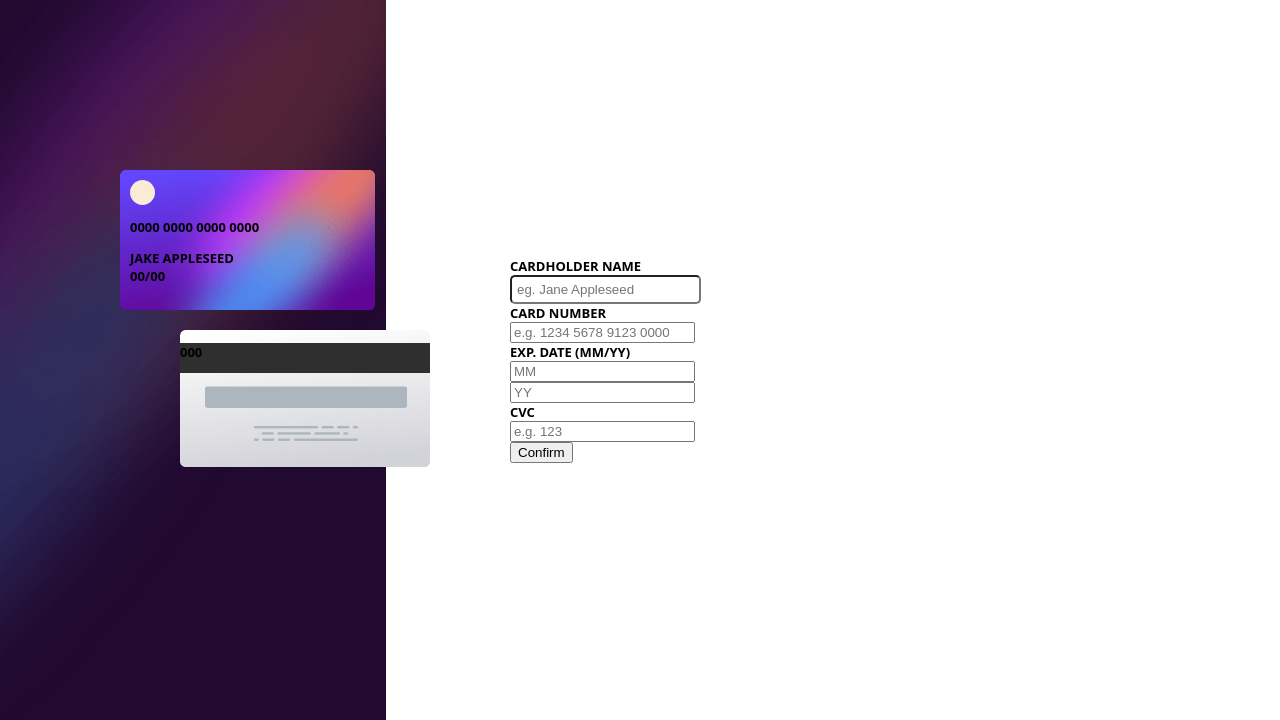
Repository: Celebration-cloud/my-project
Page: interactive-card-details-form-main/index.html
These files come from the project's save history. The page is drawn as it stood at one moment and after a run of saves; the edit follows.
The browser window is 1280 px wide. The pictures show the whole page.

Above is the page before, as saved 2023-08-23 00:43:14.

After the next 6 saves:
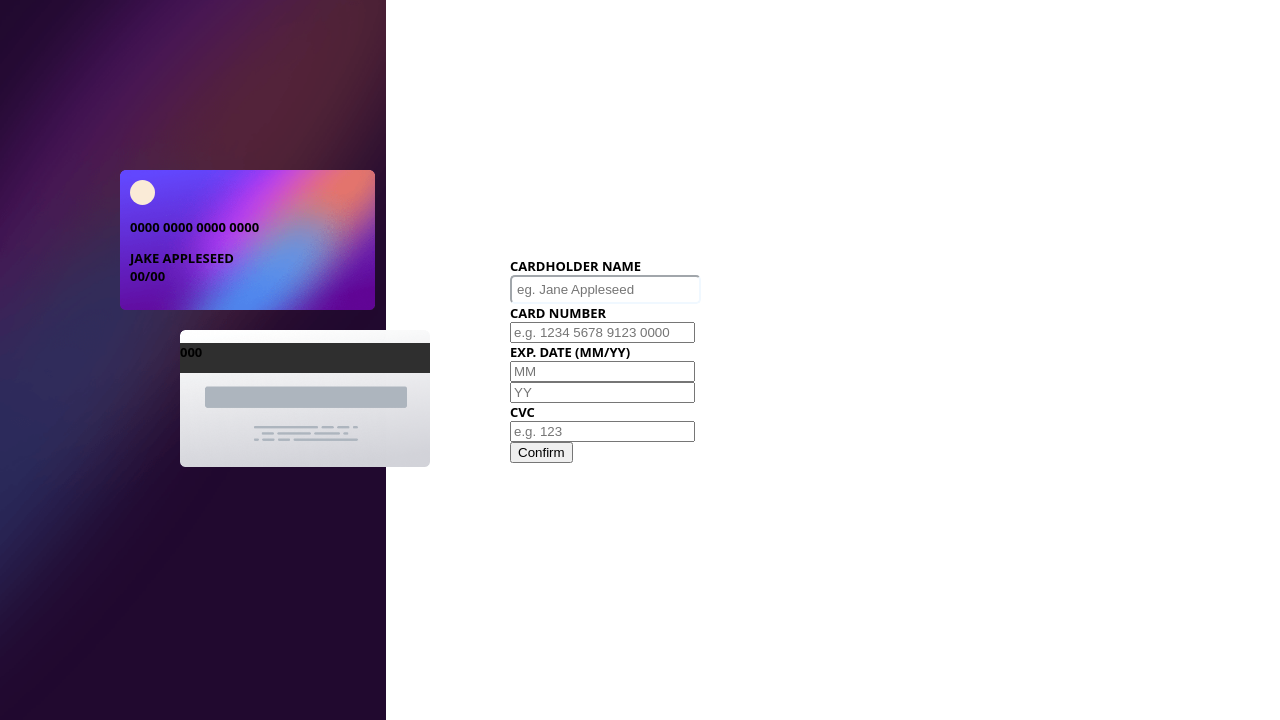
The 6 saves are shown as one change because they came seconds apart.
The last was saved 15 s later.
--- a/interactive-card-details-form-main/index.css
+++ b/interactive-card-details-form-main/index.css
@@ -70,5 +70,5 @@
 #cardholder-numeber-input{
     padding: 5px;
     border-radius: 5px;
-    b
+    border-color: aliceblue;
 }

After the save that followed:
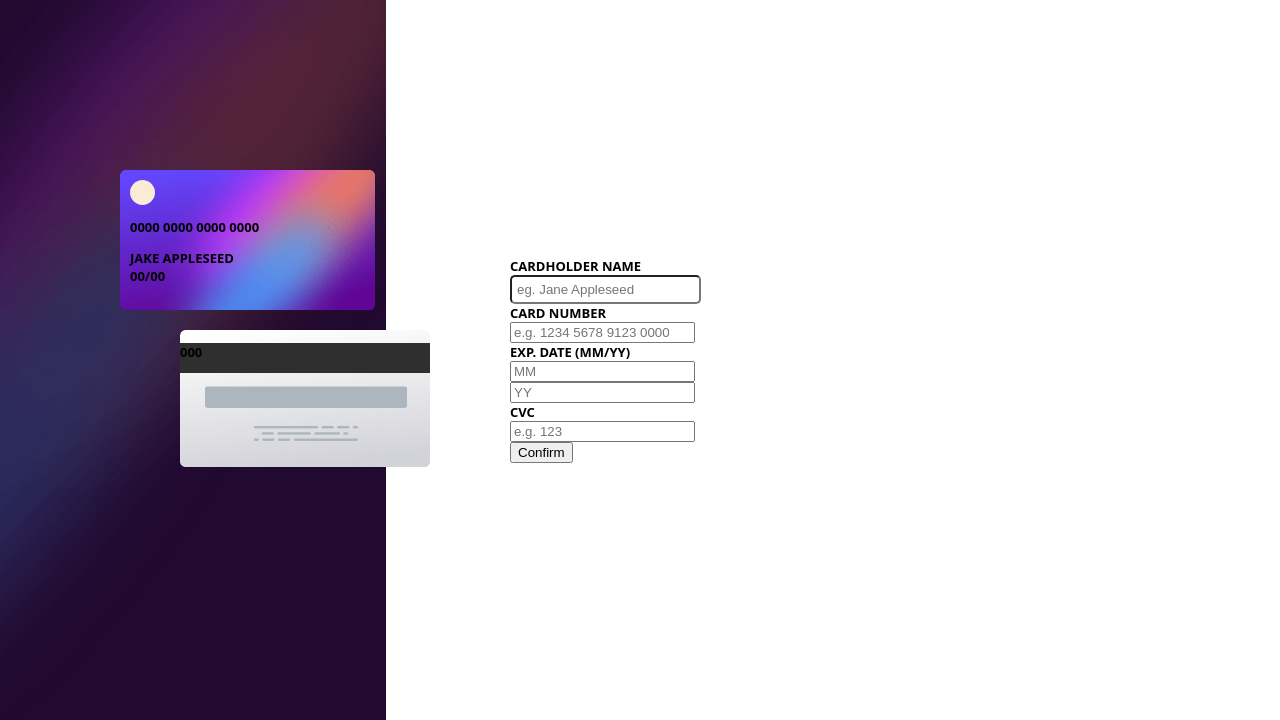
Saved 13 s later.
--- a/interactive-card-details-form-main/index.css
+++ b/interactive-card-details-form-main/index.css
@@ -70,5 +70,5 @@
 #cardholder-numeber-input{
     padding: 5px;
     border-radius: 5px;
-    border-color: aliceblue;
+
 }
